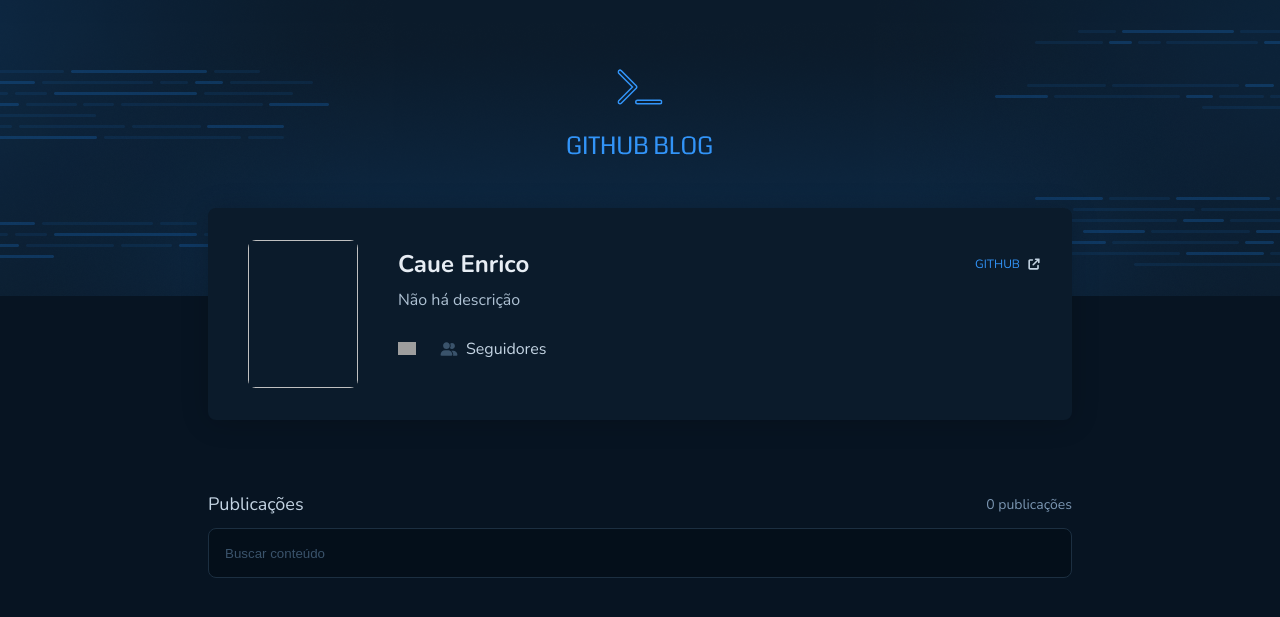
Repository: caueenrico/GitBlog
Page: /
An editor plug-in stored every save of this project. The page is shown before and after a run of saves, followed by the edit.
The browser window is 1280 px wide. The pictures show the whole page.
Pictures or frames that could not be fetched are drawn as grey boxes. The page's requests for data from a server got no answer. The project was rebuilt for these pictures with package versions that can differ from the ones it lists, and the page was loaded fresh each time. No one was signed in, and anything a server would have sent is missing. Also part of the build but not shown: vite.config.ts, src/pages/Home/components/Posts/styles.ts, src/utils/formatter.ts, src/pages/Home/components/Posts/index.tsx, src/pages/PostPages/styles.ts, src/pages/PostPages/index.tsx.

Above is the page before, as saved 2022-10-27 03:05:35.

### index.html
<!DOCTYPE html>
<html lang="en">
  <head>
    <link rel="preconnect" href="https://fonts.googleapis.com">
    <link rel="preconnect" href="https://fonts.gstatic.com" crossorigin>

    <link href="https://fonts.googleapis.com/css2?family=Nunito:wght@400;700&display=swap" rel="stylesheet">
    <meta charset="UTF-8" />
    <link rel="icon" type="image/svg+xml" href="/src/pages/assets/logo.svg" />
    <meta name="viewport" content="width=device-width, initial-scale=1.0" />

    <title>GitBlog Cauê</title>
  </head>
  <body>
    <div id="root"></div>
    <script type="module" src="/src/main.tsx"></script>
  </body>
</html>

### src/main.tsx
import React from 'react'
import ReactDOM from 'react-dom/client'
import { App } from './App'

import moment from "moment"
import "moment/dist/locale/pt-br"
moment.locale("pt-br")

ReactDOM.createRoot(document.getElementById('root') as HTMLElement).render(
  <React.StrictMode>
    <App />
  </React.StrictMode>
)

### src/App.tsx
import { ThemeProvider } from "styled-components"
import { Home } from "./pages/Home"
import { GlobalStyles } from "./styles/global"
import { defaultTheme } from "./styles/themes/default"

import { BrowserRouter } from "react-router-dom";
import { Router } from "./Router";

export function App() {
  return (
   <ThemeProvider theme={defaultTheme}>
      <BrowserRouter>
        <Router />
      </BrowserRouter>
      <GlobalStyles />
    </ThemeProvider>
  )
}

### src/styles/global.ts
import {createGlobalStyle} from 'styled-components';


export const GlobalStyles = createGlobalStyle`
  *{
    margin: 0;
    padding: 0;
    box-sizing: border-box;


  }

  body{
    background: ${props => props.theme['background']};
    font-family: 'Nunito', sans-serif;
  }


`

### src/styles/themes/default.ts
export const defaultTheme = {
  'blue':'#3294F8',
  'title':'#E7EDF4',
  'subtitle':'#C4D4E3',
  'text':'#AFC2D4',
  'span':'#7B96B2',
  'label':'#3A536B',
  'border':'#1C2F41',
  'post':'#112131',
  'profile':'#0B1B2B',
  'background':'#071422',
  'input':'#040F1A',
} as const

### src/Router.tsx
import { Routes, Route } from 'react-router-dom'
import { DefaultLayout } from './layouts/DefaultLayout'
import { Home, Iposts } from './pages/Home'
import { PostPages } from './pages/PostPages'


export function Router() {
  return (
    <Routes>
      <Route path="/" element={<DefaultLayout />}>
        <Route path="/" element={<Home />} />
        <Route path="/post/:id" element={<PostPages  />} />
      </Route>
    </Routes>
  )
}

### src/layouts/DefaultLayout/index.tsx
import { Header} from "../../pages/Home/styles";
import logo from '../../pages/assets/logo.svg';
import { Outlet } from "react-router-dom";

export function DefaultLayout(){
  return (
    <>
      <Header>
        <img src={logo} />
      </Header>
      <Outlet/>
    </>
  )
}

### src/pages/Home/index.tsx
import { HomeContainer, PostsHomeContainer} from "./styles";
import { ContentSearch } from "./components/ContentSearch";
import { Posts } from "./components/Posts";
import { ProfileHeader } from "./components/ProfileHeader";
import { useCallback, useEffect, useState } from "react";
import { api } from "../../lib/axios";
import { map } from "zod";


export interface Iposts{
  number: number
  title: string
  body: string
  created_at: string
  user:{
    login: string
  }

}

export function Home() {

  const [posts, setPosts] = useState<Iposts[]>([]);
  const [isLoaded, setIsLoaded] = useState(true);

  const getPostsIssues = useCallback(async (query: string = '') => {
    try{
      setIsLoaded(true)
      const response = await api.get(`/search/issues?q=${query}%20repo:caueenrico/Gitblog`)
      setPosts(response.data.items)

    }finally{
      setIsLoaded(false)
    }
  },[posts])

  useEffect(() => {
    getPostsIssues()
  },[])

  return (
    <>
      <HomeContainer>

        <ProfileHeader />

        <ContentSearch
          postsLength={posts.length}
          getPost={getPostsIssues}
        />

        <PostsHomeContainer>
            {posts.map((post) => (
              <Posts key={post.number} post={post}/>
          ))}

        </PostsHomeContainer>

      </HomeContainer>



    </>
  );
}

### src/pages/Home/styles.ts
import styled from "styled-components";
import Backforund from "../assets/Cover.png";

export const Header = styled.header`
  width: 100%;

  height: 296px;
  background-image: url(${Backforund});
  background-size: cover;
  background-position: center;
  background-repeat: no-repeat;
  display: flex;
  align-items: center;
  justify-content: center;

  img {
    margin-top: -64px;
  }
`;

export const HomeContainer = styled.div`
  max-width: 54rem;
  margin: 0 auto;
`

export const ProfileContainer = styled.div`
  min-height: 13.25rem;

  margin-top: -88px;
  border-radius: 8px;

  background: ${(props) => props.theme["profile"]};
  display: flex;

  box-shadow: 0px 2px 28px rgba(0, 0, 0, 0.2);

  .imageProfile {
    width: 148px;
    height: 148px;
    margin: 32px 40px;
    border-radius: 8px;
  }
`;

export const ExternalLink = styled.a`
  text-decoration: none;
  color: ${(props) => props.theme["blue"]};
  font-size: 12px;
  text-transform: uppercase;
  gap: 8px;
  display: flex;
  align-items: center;
  cursor: pointer;

  img {
    width: 12px;
    height: 12px;
  }
`;

export const PostsHomeContainer = styled.div`

  margin-top: 32px;
  display: grid;
  grid-template-columns: repeat(auto-fit, minmax(26rem, 1fr));
  gap: 32px;

`

### src/pages/Home/components/ContentSearch/index.tsx
import { useState } from "react";
import { useForm } from "react-hook-form";
import { ContainerInput } from "./styles";
import * as z from "zod"
import {zodResolver} from "@hookform/resolvers/zod"

const searchFormSchema = z.object({
  query: z.string(),
})

type SearchFormInput = z.infer<typeof searchFormSchema>

interface SearchProps{
  postsLength: number
  getPost: (query: string ) => Promise<void>
}

export function ContentSearch({getPost, postsLength}: SearchProps) {

  const {register, handleSubmit} = useForm<SearchFormInput>({
      resolver: zodResolver(searchFormSchema),
    })

    async function handleSearchForm(algo: SearchFormInput){
      await getPost(algo.query)
    }

  return (
    <ContainerInput onSubmit={handleSubmit(handleSearchForm)}>

      <div>
        <p>Publicações</p>
        <span>{postsLength} publicações</span>
      </div>

      <input type="text" {...register('query')} placeholder="Buscar conteúdo"  />

    </ContainerInput>
  );
}

### src/pages/Home/components/ProfileHeader/index.tsx
import { useCallback, useEffect, useState } from "react";
import { api } from "../../../../lib/axios";
import { ExternalLink } from "../../styles";
import { InformationProfile, ProfileContainer } from "./styles";
import link from '../../../assets/link.svg';
import github from '../../../assets/github.svg';
import company from '../../../assets/company.svg';
import followers from '../../../assets/followers.svg';

interface ProfileData {
  login: string;
  name: string;
  bio?: string;
  avatar_url: string;
  company?: string;
  followers: number;
}

export function ProfileHeader(){
  const [profileData, setProfileData] = useState<ProfileData> ({} as ProfileData);
  const [isLoaded, setIsLoaded] = useState(true);

  const getProfileData = useCallback(async () => {
    try{
      setIsLoaded(true);
      const response = await api.get('/users/caueenrico');
      setProfileData(response.data);

    }finally{
      setIsLoaded(false);
    }
  }, [profileData]);

  useEffect(() => {
    getProfileData();
  }, []);


  return(
    <>
      <ProfileContainer>
          <img className="imageProfile" src={ profileData.avatar_url } />

          <InformationProfile>
            <header>
              <h1>Caue Enrico</h1>
              <ExternalLink href="#">github <img src={link} /> </ExternalLink>
            </header>

            <p>
              {profileData.bio === 'null' ? profileData.bio : 'Não há descrição'}
            </p>

            <ul>
              <li><img src={github}/>{profileData.login}</li>
              {profileData.company ==='null' ?  <li><img src={company}/>{profileData.company}</li> : ''}
              <li><img src={followers}/>{profileData.followers} Seguidores </li>
            </ul>
          </InformationProfile>
      </ProfileContainer>
    </>
  )
}

### src/lib/axios.ts
import axios from "axios";


export const api = axios.create({
  baseURL: "https://api.github.com/",
});

### src/pages/Home/components/ContentSearch/styles.ts
import styled from "styled-components";

export const ContainerInput = styled.form`
  width: 100%;
  display: flex;
  flex-direction: column;
  gap: 12px;
  margin-top: 72px;

  div{
    width: 100%;
    display: flex;
    align-items: center;
    justify-content: space-between;

    p{
      color: ${(props) => props.theme["subtitle"]};
      font-size: 18px;
    }

    span{
      color: ${(props) => props.theme["span"]};
      font-size: 14px;
    }
  }

  input{
    height: 50px;
    border: 1px solid ${(props) => props.theme["border"]};
    border-radius: 8px;
    background: ${(props) => props.theme["input"]};
    padding: 0 16px;
    color: ${(props) => props.theme["text"]};

    ::placeholder{
      color: ${(props) => props.theme["label"]};
    }
  }
`

### src/pages/Home/components/ProfileHeader/styles.ts
import styled from "styled-components";

export const ProfileContainer = styled.div`
  min-height: 13.25rem;

  margin-top: -88px;
  border-radius: 8px;

  background: ${(props) => props.theme["profile"]};
  display: flex;

  box-shadow: 0px 2px 28px rgba(0, 0, 0, 0.2);

  .imageProfile {
    width: 148px;
    height: 148px;
    margin: 32px 40px;
    border-radius: 8px;
  }
`;

export const InformationProfile = styled.div`
  width: 100%;
  display: flex;
  flex-direction: column;
  margin-top: 40px;
  margin-right: 32px;


  header {
    width: 100%;
    display: flex;
    align-items: center;
    justify-content: space-between;

    h1 {
      font-size: 24px;
      color: ${(props) => props.theme["title"]};
      font-family: "Nunito", sans-serif;
      font-weight: 700;
    }
  }

  p{
    font-size: 16px;
    color: ${(props) => props.theme["text"]};
    line-height: 160%;
    margin-top: 8px;
  }

  ul {
    display: flex;
    list-style: none;
    gap: 24px;
    margin-top: 24px;

    img {
      width: 18px;
    }

    li {
      display: flex;
      align-items: center;
      justify-content: center;
      gap: 8px;
      font-size: 16px;
      color: ${(props) => props.theme["subtitle"]};

    }
  }

`;

After the next 3 saves:
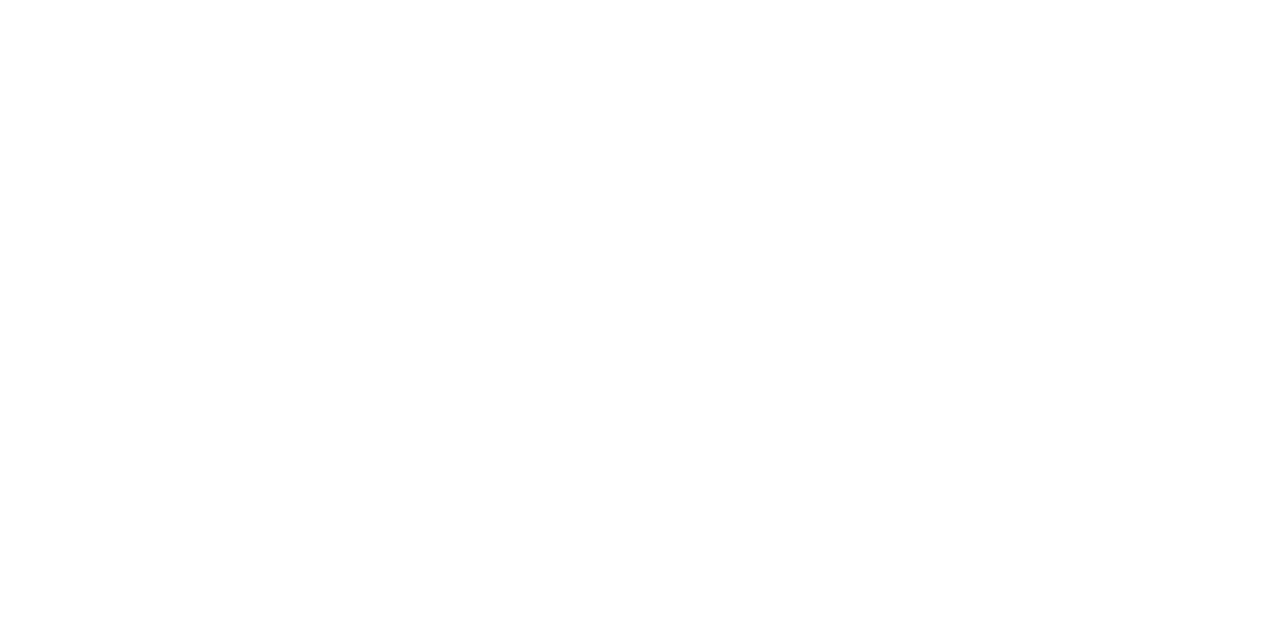
Console error: ReferenceError: title is not defined
The 3 saves are shown as one change because 1 did not build or start and some came seconds apart.
The last was saved 14 s later.
--- a/src/Router.tsx
+++ b/src/Router.tsx
@@ -9,7 +9,7 @@
     <Routes>
       <Route path="/" element={<DefaultLayout />}>
         <Route path="/" element={<Home />} />
-        <Route path="/post/:id" element={<PostPages  />} />
+        <Route path="/post/:id" element={<PostPages posts={title} />} />
       </Route>
     </Routes>
   )

After the 2 saves that followed:
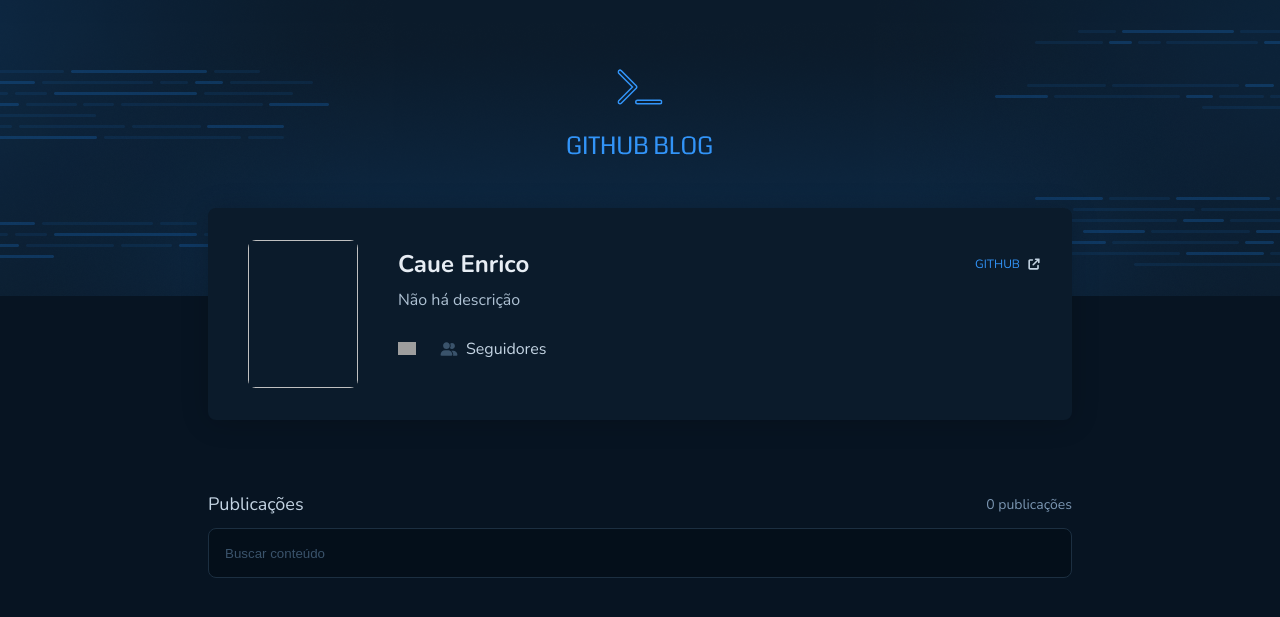
The error is gone.
The 2 saves are shown as one change because 1 did not build or start.
The last was saved 9 s later.
--- a/src/Router.tsx
+++ b/src/Router.tsx
@@ -9,7 +9,7 @@
     <Routes>
       <Route path="/" element={<DefaultLayout />}>
         <Route path="/" element={<Home />} />
-        <Route path="/post/:id" element={<PostPages posts={title} />} />
+        <Route path="/post/:id" element={<PostPages posts={PostPages} />} />
       </Route>
     </Routes>
   )
